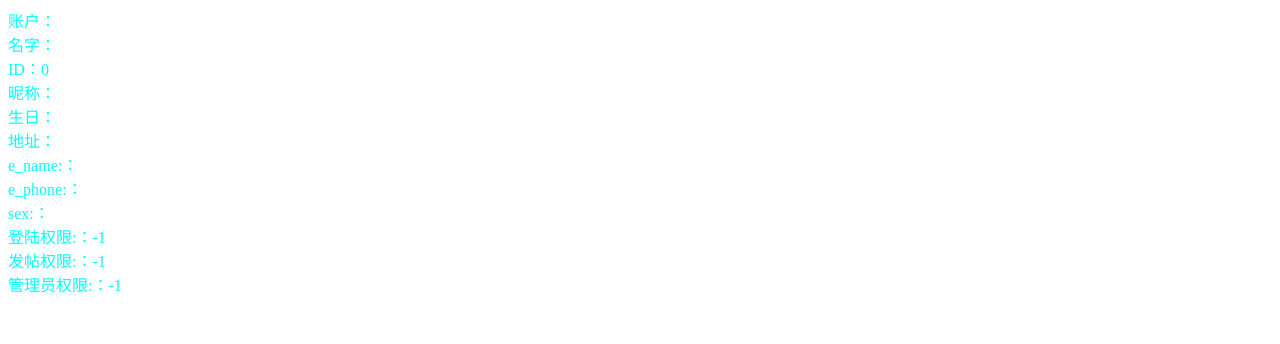
Repository: hbisheng/Academic-portal-website
Page: http://localhost/NewInfo/account/user_info.jsp
The author's editor kept a copy of each file at every save. The page is drawn from the files as they stood at one save, then again after a run of saves.
The browser window is 1280 px wide. The pictures show the whole page.
The page is served by Tomcat 9. Other server files are loaded and not shown.

Above is the page before, as saved 2014-09-20 21:33:03.

### Java_info/NewInfo/WebContent/account/user_info.jsp
<%@page import="edu.thu.cs.*" %>
<%@page import="jdbc.JdbcDao"%>

<%@ page language="java" contentType="text/html; charset=UTF-8"
    pageEncoding="UTF-8"%>
<!DOCTYPE html PUBLIC "-//W3C//DTD HTML 4.01 Transitional//EN" "http://www.w3.org/TR/html4/loose.dtd">
<html>
<head>
<meta http-equiv="Content-Type" content="text/html; charset=UTF-8">
<title>Insert title here</title>
</head>
<body>

<%
	String nickname  = request.getParameter("user");
	String id_string = request.getParameter("id");

	String this_url = "user_info.jsp";
	JdbcDao jdbc = new JdbcDao();
	User who = new User();
	if(nickname != null)
	{
		who.nickname = nickname;
		who = jdbc.getUser(who);
		if(who==null)
			return;
	}
	else if(id_string != null)
	{
		who.id = Integer.parseInt(id_string);
		who = jdbc.getUser(who);
		if(who==null)
			return;
	}
%>

<%
	if(who != null){
		%><font size = 3 face ="微软雅黑" color="#00FFFF">
		账户：<%=who.account %><br>
		名字：<%=who.realname %><br>
		ID：<%=who.id %><br>
		昵称：<%=who.nickname %><br>
		生日：<%=who.birth %><br>
		地址：<%=who.address %><br>
		e_name:：<%=who.e_name %><br>
		e_phone:：<%=who.e_phone %><br>
		sex:：<%=who.sex %><br>
		登陆权限:：<%=who.permit_login %><br>
		发帖权限:：<%=who.permit_post %><br>
		管理员权限:：<%=who.permit_admin %><br>
		</font><%


		User user = (User)session.getAttribute("user");
		if(user != null)
		{
			if(user.id == who.id)
			{
				%><a href = "modify.jsp">修改个人资料</a><%
			}
			else if(user.permit_admin > 0)
			{
				String not_login = this_url+"?id="+who.id+"&action=not_login";
				String yes_login = this_url+"?id="+who.id+"&action=yes_login";
				String not_post = this_url+"?id="+who.id+"&action=not_post";
				String yes_post = this_url+"?id="+who.id+"&action=yes_post";
				String not_admin = this_url+"?id="+who.id+"&action=not_admin";
				String yes_admin = this_url+"?id="+who.id+"&action=yes_admin";
				%><h4>管理员可以修改他人权限</h4>
				<a href = <%=not_login%>>禁止登陆</a>
				<a href = <%=yes_login%>>恢复登陆</a>
				<a href = <%=not_post %>>禁止发帖 </a>
				<a href = <%=yes_post %>>恢复发帖</a>
				<a href = <%=yes_admin %>>升级为管理员 </a>
				<a href = <%=not_admin %>>取消管理员 </a><%

				String action = null;
				action = request.getParameter("action");
				if(action != null)
				{
					User user_ = new User();
					user_.id = Integer.parseInt(request.getParameter("id"));
					System.out.println(user_.id);
					user_ = jdbc.getUser(user_);
					if(action.equals("not_login"))
						user_.permit_login = 0;
					else if(action.equals("yes_login"))
						user_.permit_login = 1;
					else if(action.equals("not_post"))
						user_.permit_post = 0;
					else if(action.equals("yes_post"))
						user_.permit_post = 1;
					else if(action.equals("yes_admin"))
						user_.permit_admin = 1;
					else if(action.equals("not_admin"))
						user_.permit_admin = 0;
					jdbc.updateUser(user_);

					if(nickname != null)
						response.sendRedirect(this_url+"?user="+nickname);
					else
						response.sendRedirect(this_url+"?id="+who.id);
				}
			}
		}
	}
%>


</body>
</html>

### Java_info/NewInfo/src/edu/thu/cs/User.java
package edu.thu.cs;
import jdbc.*;

public class User {
	public int id=0;
	public String account="";
	public String password="";
	public String realname="";
	public String nickname="";
	public String sex="";
	public String birth="";
	public String phone="";
	public String e_name="";
	public String e_phone="";
	public String address="";
	public String qq="";
	public int verify=-1;
	public int permit_login=-1;
	public int permit_post=-1;
	public int permit_admin=-1;

	public boolean isValid()
	{
		if((account == null)||(password==null)||(realname==null)||(nickname==null)
				||(sex==null)||(birth==null)||(phone==null)||(e_name==null)||(e_phone==null)
				||(address==null))
		{
			return false;
		}

		return ( !(account.equals(""))&&!(password.equals(""))&&!(realname.equals(""))
				&&!(nickname.equals(""))&&(!sex.equals(""))&&!(birth.equals(""))&&!(phone.equals(""))
				&&!(e_name.equals(""))&&!(e_phone.equals(""))&&!(address.equals(""))&&!(permit_login==-1)
				&&!(permit_post==-1)&&!(permit_admin==-1)&&!(verify==-1));
	}
	public int isOld()
	{
		JdbcDao jdbc = new JdbcDao();
		User user = new User();
		user.id=0;
		user.account = account;
		user = jdbc.getUser(user);
		if(user != null)
			return 1;//user
		User user2 = new User();
		user2.id=0;
		user2.account = null;
		user2.nickname = nickname;
		user2 = jdbc.getUser(user2);
		if(user2 != null)
			return 2;//nickname
		return 0;
	}
}

Loaded but not shown: Java_info/NewInfo/src/jdbc/JdbcDao.java (883 lines, source omitted)

After the next 3 saves:
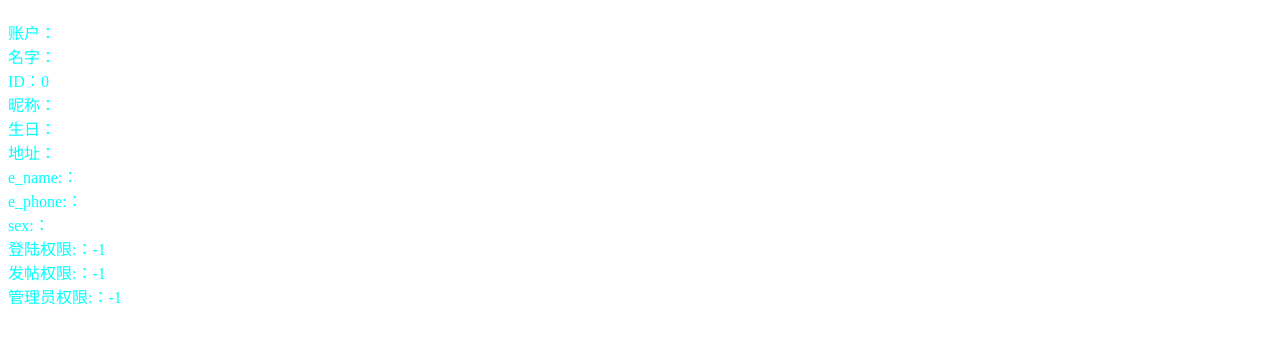
The 3 saves are shown as one change because they came seconds apart.
The last was saved 53 s later.
--- a/Java_info/NewInfo/WebContent/account/user_info.jsp
+++ b/Java_info/NewInfo/WebContent/account/user_info.jsp
@@ -36,6 +36,8 @@
 
 <%
 	if(who != null){
+		%><h2> </h2><%
+
 		%><font size = 3 face ="微软雅黑" color="#00FFFF">
 		账户：<%=who.account %><br>
 		名字：<%=who.realname %><br>
